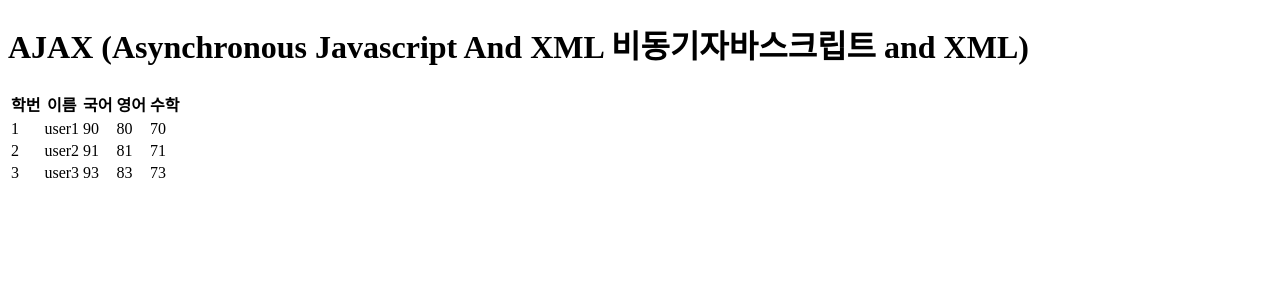
Repository: Lee-seongBeom/bitclass
Page: html08/WebContent/ex03.html
These files come from the project's save history. The page is drawn as it stood at one moment and after the next save; the edit follows.
The browser window is 1280 px wide. The pictures show the whole page.

Above is the page before, as saved 2020-07-17 06:58:08.

### html08/WebContent/ex03.html
<!DOCTYPE html>
<html>
<head>
<meta charset="UTF-8">
<title>Insert title here</title>
<script type="text/javascript">
	var table,xhr,xml,thead;

	window.onload=function(){
		table=document.querySelector("table");
		thead=table.innerHTML;

		xhr=new XMLHttpRequest();
		xhr.onreadystatechange=function(){
			if(xhr.readyState==4 && xhr.status==200){
				xml=xhr.responseXML;
				console.log(xml.children[0].children);
				var arr=xml.children[0].children;
				//xml.children[0].children[0].children[0].childNodes[0].nodeValue;
				var msg="";
				for(var i=0;i<arr.length;i++){
					var num=arr[i].children[0].childNodes[0].nodeValue;
					var name=arr[i].children[1].childNodes[0].nodeValue;
					var kor=arr[i].children[2].childNodes[0].nodeValue;
					var eng=arr[i].children[3].childNodes[0].nodeValue;
					var math=arr[i].children[4].childNodes[0].nodeValue;

					msg+="<tr>";
					msg+="<td>"+num+"</td>";
					msg+="<td>"+name+"</td>";
					msg+="<td>"+kor+"</td>";
					msg+="<td>"+eng+"</td>";
					msg+="<td>"+math+"</td>";
					msg+="</tr>";
				}
				table.innerHTML=thead+msg;
			}
		};
		xhr.open('get','ex03.xml');
		xhr.send();

	};
</script>

</head>
<body>
	<h1>AJAX (Asynchronous Javascript And XML 비동기자바스크립트 and XML)</h1>
	<table>
		<tr>
			<th>학번</th>
			<th>이름</th>
			<th>국어</th>
			<th>영어</th>
			<th>수학</th>
		</tr>
	</table>
</body>
</html>

After the next save:
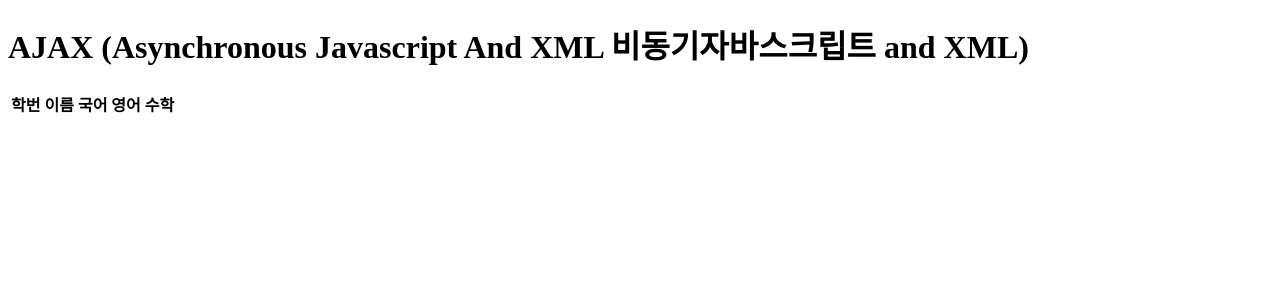
Console error: TypeError: Cannot read properties of null (reading 'children')
Saved 26 s later.
--- a/html08/WebContent/ex03.html
+++ b/html08/WebContent/ex03.html
@@ -36,7 +36,7 @@
 				table.innerHTML=thead+msg;
 			}
 		};
-		xhr.open('get','ex03.xml');
+		xhr.open('get','student.jsp');
 		xhr.send();
 
 	};
